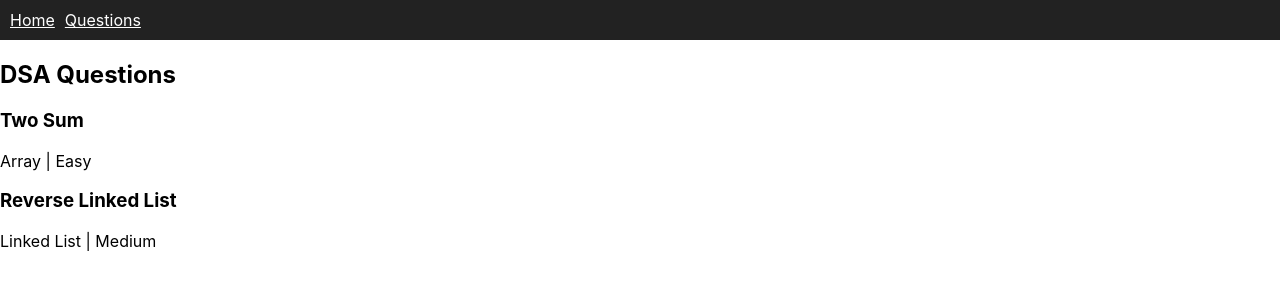
Repository: Atharva-1512/devprep-hub
Page: /questions (app in frontend/)
These files come from the project's save history. The page is drawn as it stood at one moment and after the next save; the edit follows.
The browser window is 1280 px wide. The pictures show the whole page.
The project was rebuilt for these pictures with package versions that can differ from the ones it lists, and the page was loaded fresh each time. Also part of the build but not shown: frontend/src/pages/home.js.

Above is the page before, as saved 2026-03-28 22:10:16.

After the next save:
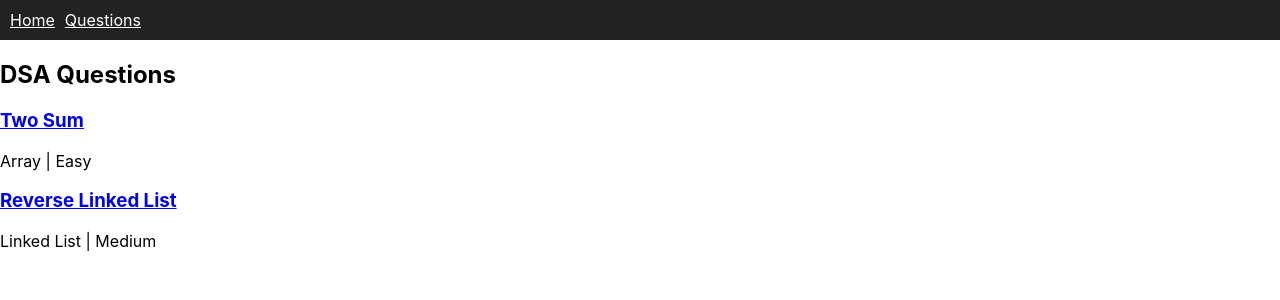
Saved 24 h 13 min later.
--- a/frontend/src/pages/Questions.js
+++ b/frontend/src/pages/Questions.js
@@ -1,4 +1,5 @@
 import questions from "../data/questions";
+import { Link } from "react-router-dom";
 
 function Questions() {
   return (
@@ -6,7 +7,9 @@
       <h2>DSA Questions</h2>
       {questions.map((q) => (
         <div key={q.id}>
-          <h3>{q.title}</h3>
+          <Link to={`/questions/${q.id}`}>
+            <h3>{q.title}</h3>
+          </Link>
           <p>{q.category} | {q.difficulty}</p>
         </div>
       ))}
